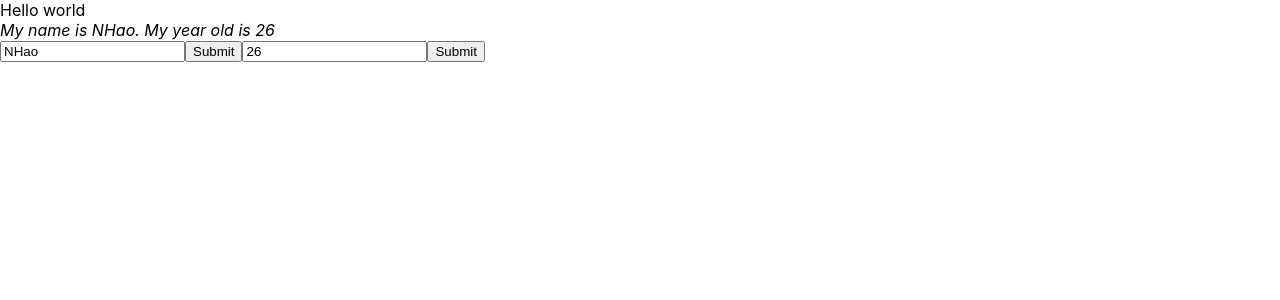
Repository: haonguyen09/reactProject
Page: /
The author's editor kept a copy of each file at every save. The page is drawn from the files as they stood at one save, then again after the next save.
The browser window is 1280 px wide. The pictures show the whole page.
The project was rebuilt for these pictures with package versions that can differ from the ones it lists, and the page was loaded fresh each time.

Above is the page before, as saved 2023-08-01 12:43:27.

### src/App.js
import logo from './logo.svg';
import './App.css';
import { useDispatch, useSelector } from 'react-redux';
import { increaseCounter, decreaseCounter } from './redux/action/counterAction';
import MyComponent from './components/MyComponent';
import React from "react";


class App extends React.Component {

  render() {
    return (
      <div>
      Hello world
      <MyComponent></MyComponent>
    </div>
    )
  }
}




// const App = () => {
//   const count = useSelector(state => state.counter.count);
//   const dispatch = useDispatch();

//   return (

//     <div className="App">
//       <header className="App-header">
//         <img src={logo} className="App-logo" alt="logo" />
//         <p>
//           Hello world
//         </p>
//         <div>Count = {count}</div>
//         <button onClick={() => dispatch(increaseCounter())}>Increase</button>
//         <button onClick={() => dispatch(decreaseCounter())}>Decrease</button>
//       </header>
//     </div>
//   );
// }

export default App;

### src/components/MyComponent.js
import React from 'react';
import Info from './Info';
import MyInfo from './MyInfo';

class MyComponent extends React.Component {
    // JSX



    render() {
        return (
            <div>
                <Info />
                <MyInfo/>
            </div>
            );
    };

    }



export default MyComponent;

### src/components/Info.js
import React from 'react';


class Info extends React.Component {
    state = {
        name: "NHao",
        address: "Hoi dan IT",
        age: 26
    };


    handleChange = (event) => {
        this.setState({
            name: event.target.value
        })
    }

    handleChangeAge = (event) => {
        this.setState({
            age: event.target.value
        })
    }

    handOnSubmit = (event) => {
        event.preventDefault();
    }

    render() {
        return (

            <div>
                <em>
                    My name is {this.state.name}.
                    My year old is {this.state.age}
                </em>
                <form onSubmit={(event) => this.handOnSubmit(event)}>
                    <input value= {this.state.name} type="text" onChange = {(event) => {this.handleChange(event)}} />
                    <button>Submit</button>

                    <input value= {this.state.age} type="text" onChange = {(event) => {this.handleChangeAge(event)}} />
                    <button>Submit</button>
                </form>

            </div>

        )
    }
}


export default Info;

### src/components/MyInfo.js
import React from 'react';

class MyInfo extends React.Component {
    render() {
        return (
            console.log("child")
        )
    }
}

export default MyInfo

Loaded but not shown: public/index.html (common file); src/index.js (common file); src/reportWebVitals.js (common file); src/redux/store.js (common file); src/App.css (common file); src/redux/action/counterAction.js (common file); src/redux/reducer/rootReducer.js (common file); src/redux/reducer/counterReducer.js (common file)

After the next save:
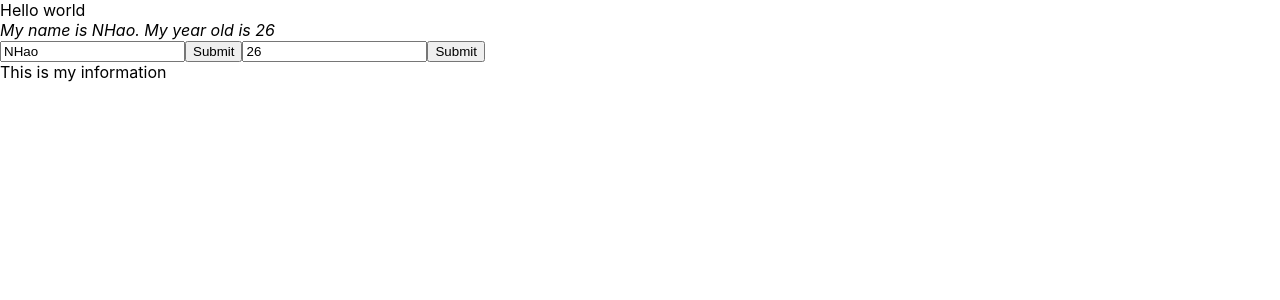
Saved 35 s later.
--- a/src/components/MyInfo.js
+++ b/src/components/MyInfo.js
@@ -3,7 +3,7 @@ import React from 'react';
 class MyInfo extends React.Component {
     render() {
         return (
-            console.log("child")
+            <div>This is my information</div>
         )
     }
 }
